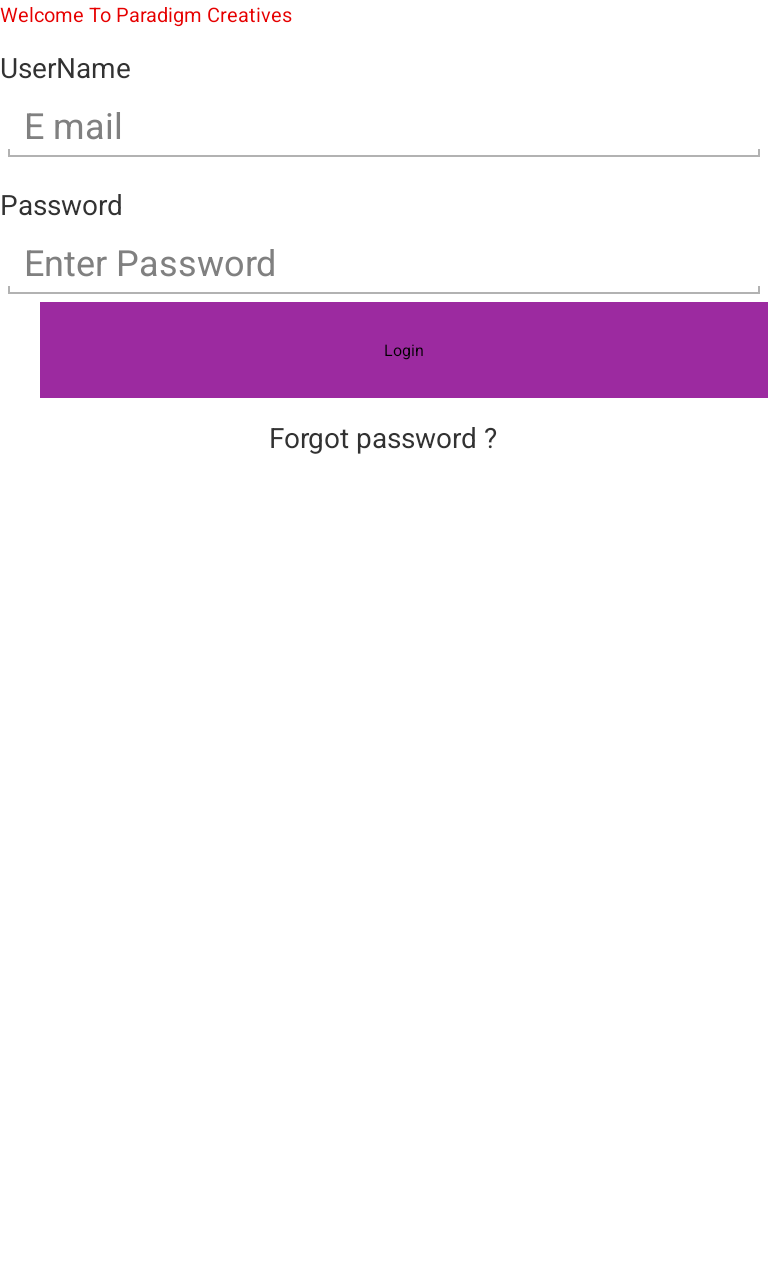
Repository: harishkumar93/harish_AndroidTraining2014
Layout: Exam/WeatherReport/res/layout/login.xml
These files come from the project's save history. The layout is drawn as it stood at one moment and after the next save; the edit follows.
It is drawn on a 768 x 1280 px phone screen (xhdpi) without system bars, with theme AppTheme; the app's code is not run.

Above is the layout before, as saved 2014-10-06 10:14:10.

### Exam/WeatherReport/res/layout/login.xml
<?xml version="1.0" encoding="utf-8"?>
<LinearLayout xmlns:android="http://schemas.android.com/apk/res/android"
    android:layout_width="match_parent"
    android:layout_height="match_parent"
    android:orientation="vertical" >

    <TextView android:layout_width="match_parent"
        android:layout_height="wrap_content"
        android:text="@string/title_txt"
        android:textSize="10sp"
        android:textColor="#E60000"/>

    <TextView android:layout_width="wrap_content"
        android:layout_height="wrap_content"
        android:text="@string/userName_txt"
        android:layout_marginTop="10dp" />

    <EditText android:layout_width="match_parent"
        android:layout_height="wrap_content"
        android:id="@+id/username_edt"
        android:hint="@string/userName_hint"/>

     <TextView android:layout_width="wrap_content"
        android:layout_height="wrap_content"
        android:text="@string/passWord_txt"
        android:layout_marginTop="10dp" />

    <EditText android:layout_width="match_parent"
        android:layout_height="wrap_content"
        android:id="@+id/password_edt"
        android:hint="@string/passWord_hint"/>

    <Button android:layout_width="match_parent"
        android:layout_height="wrap_content"
        android:id="@+id/login_btn"
        android:text="@string/login_txt"
        android:background="#9C2AA0"
        android:textSize="8dp"
        android:layout_marginLeft="20dp"/>

    <TextView android:layout_width="wrap_content"
        android:layout_height="wrap_content"
        android:text="@string/forgot_txt"
        android:layout_marginTop="10dp"
        android:layout_gravity="center"/>





</LinearLayout>

### Exam/WeatherReport/res/values/strings.xml
<resources>

    <string name="app_name">WeatherReport</string>
    <string name="cityName_hint">Enter City Name</string>
    <string name="cityName_txt">City Name :</string>
    <string name="userName_txt">UserName</string>
    <string name="userName_hint">E mail</string>
    <string name="passWord_txt">Password</string>
    <string name="forgot_txt">Forgot password ?</string>
    <string name="login_txt">Login</string>
    <string name="passWord_hint">Enter Password</string>
    <string name="title_txt">Welcome To Paradigm Creatives</string>


</resources>

Loaded but not shown: Exam/WeatherReport/res/values/styles.xml (common file); Exam/WeatherReport/res/values-v11/styles.xml (common file); Exam/WeatherReport/res/values-v14/styles.xml (common file)

After the next save:
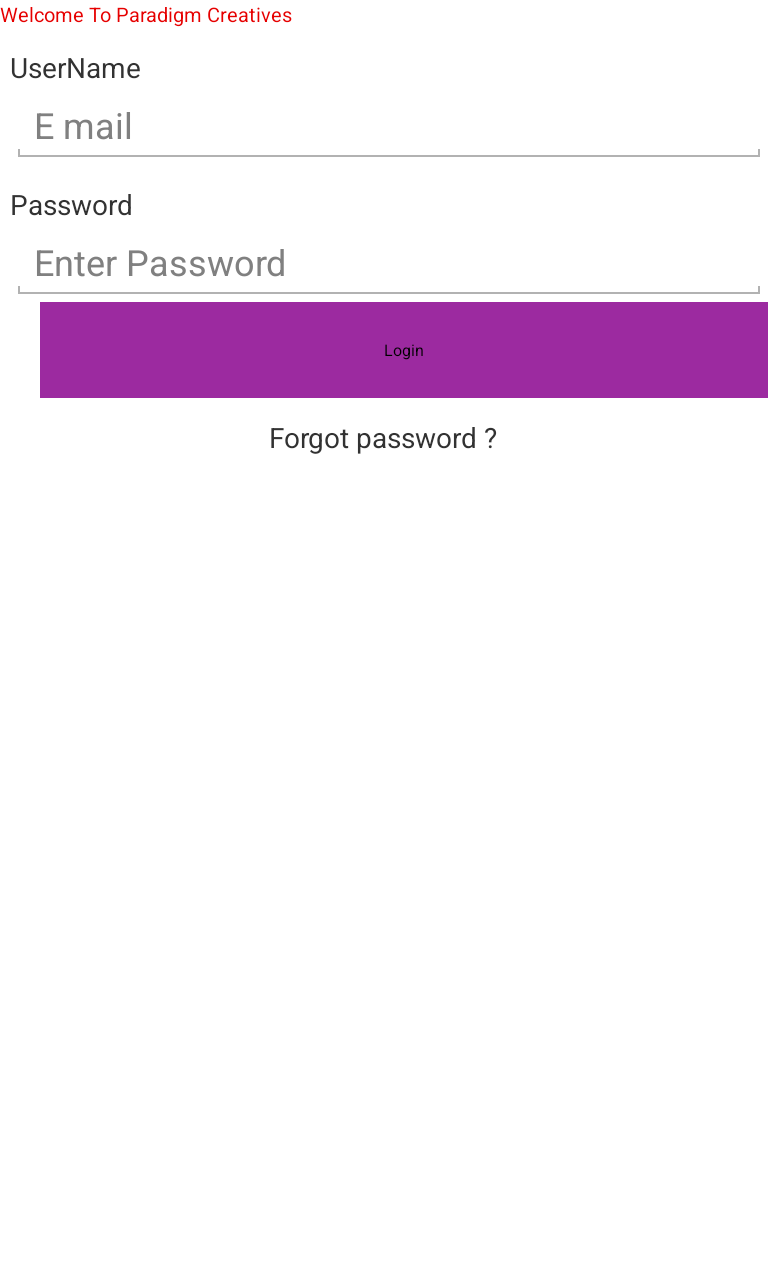
Saved 47 s later.
--- a/Exam/WeatherReport/res/layout/login.xml
+++ b/Exam/WeatherReport/res/layout/login.xml
@@ -13,22 +13,26 @@
     <TextView android:layout_width="wrap_content"
         android:layout_height="wrap_content"
         android:text="@string/userName_txt"
-        android:layout_marginTop="10dp" />
+        android:layout_marginTop="10dp"
+        android:layout_marginLeft="5dp" />
 
     <EditText android:layout_width="match_parent"
         android:layout_height="wrap_content"
         android:id="@+id/username_edt"
-        android:hint="@string/userName_hint"/>
+        android:hint="@string/userName_hint"
+        android:layout_marginLeft="5dp"/>
 
      <TextView android:layout_width="wrap_content"
         android:layout_height="wrap_content"
         android:text="@string/passWord_txt"
-        android:layout_marginTop="10dp" />
+        android:layout_marginTop="10dp"
+        android:layout_marginLeft="5dp"/>
 
     <EditText android:layout_width="match_parent"
         android:layout_height="wrap_content"
         android:id="@+id/password_edt"
-        android:hint="@string/passWord_hint"/>
+        android:hint="@string/passWord_hint"
+        android:layout_marginLeft="5dp"/>
 
     <Button android:layout_width="match_parent"
         android:layout_height="wrap_content"
